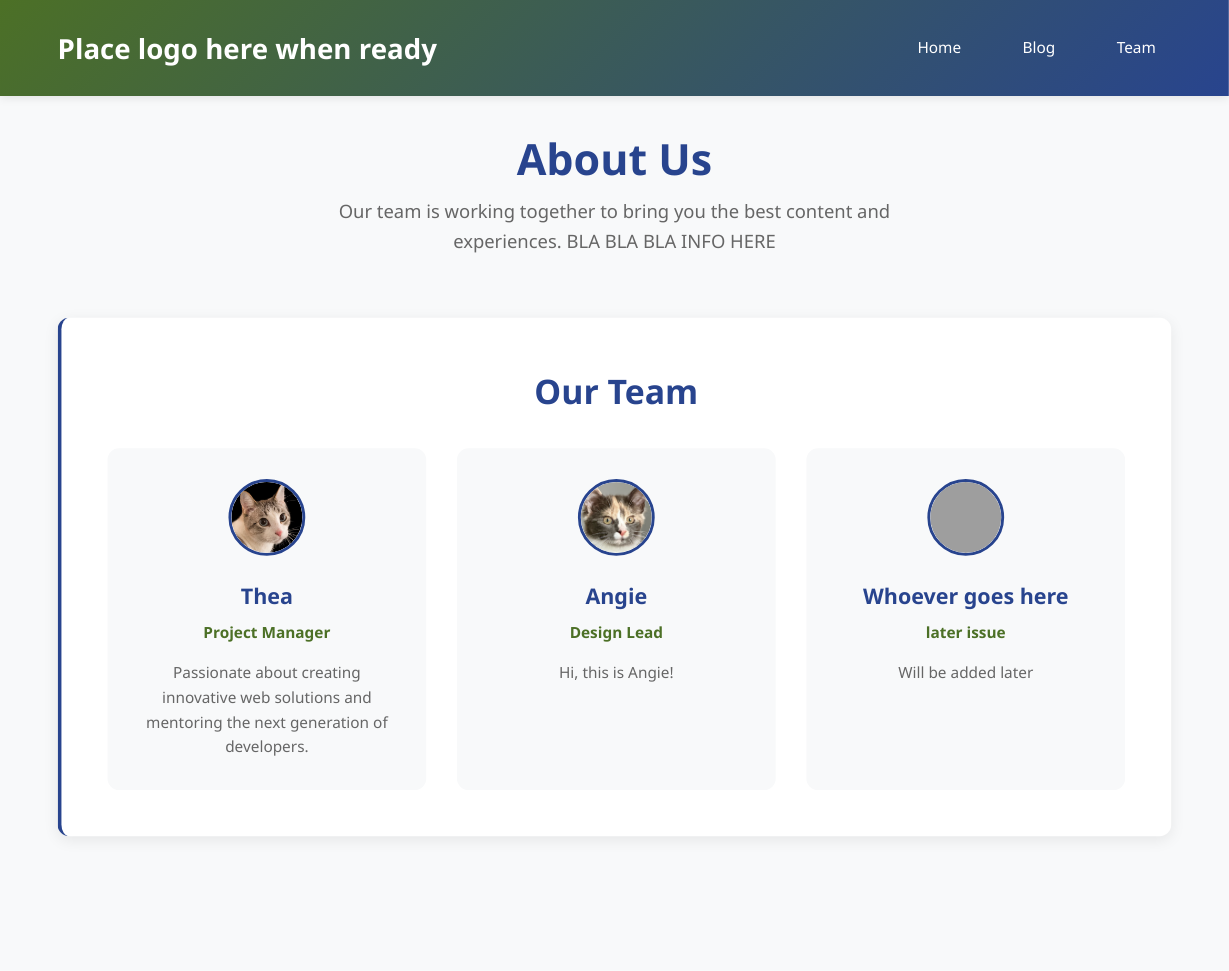
Repository: Bcit-sandy/TandemBlog
Page: /about
The author's editor kept a copy of each file at every save. The page is drawn from the files as they stood at one save, then again after the next save.
The browser window is 1280 px wide. The pictures show the whole page, at 96% of full size.
Pictures or frames that could not be fetched are drawn as grey boxes. The project was rebuilt for these pictures with package versions that can differ from the ones it lists, and the page was loaded fresh each time. Also part of the build but not shown: vite.config.js, src/pages/Home.css, src/pages/Blog.css, src/pages/Blog.jsx, src/pages/Home.jsx, src/pages/BlogPost.css, src/pages/BlogPost.jsx.

Above is the page before, as saved 2025-10-13 17:09:08.

### src/index.css
:root {
  /* Typography & base */
  font-family: system-ui, Avenir, Helvetica, Arial, sans-serif;
  line-height: 1.5;
  font-weight: 400;
  color-scheme: light dark;
  color: rgba(255, 255, 255, 0.87);
  background-color: #242424;
  font-synthesis: none;
  text-rendering: optimizeLegibility;
  -webkit-font-smoothing: antialiased;
  -moz-osx-font-smoothing: grayscale;

  /* Color variables */
  --white: #ffffff;
  --black: #000000;

  --light-gray: #f5f7fb;
  --text-gray: #6b7280;
  --dark-gray: #2c3e50;
  --gray-500: #7f8c8d;
  --gray-200: #ecf0f1;
  --border-light: #f0f0f0;

  --blue-primary: #3b82f6;
  --blue-secondary: #60a5fa;

  --green-primary: #10b981;
  --green-secondary: #34d399;

  --indigo: #667eea;
  --purple: #764ba2;

  --link: #646cff;
  --link-hover: #535bf2;
  --link-hover-light: #747bff;

  --button-bg-dark: #1a1a1a;
}

a {
  font-weight: 500;
  color: var(--link);
  text-decoration: inherit;
}
a:hover {
  color: var(--link-hover);
}

html, body {
  margin: 0;
  padding: 0;
  min-width: 320px;
  font-family: system-ui, Avenir, Helvetica, Arial, sans-serif;
  background-color: var(--light-gray);
  overflow-x: hidden;
}

h1 {
  font-size: 3.2em;
  line-height: 1.1;
}

button {
  border-radius: 8px;
  border: 1px solid transparent;
  padding: 0.6em 1.2em;
  font-size: 1em;
  font-weight: 500;
  font-family: inherit;
  background-color: var(--button-bg-dark);
  cursor: pointer;
  transition: border-color 0.25s;
}
button:hover {
  border-color: var(--link);
}
button:focus,
button:focus-visible {
  outline: 4px auto -webkit-focus-ring-color;
}

@media (prefers-color-scheme: light) {
  :root {
    color: #213547;
    background-color: var(--white);
  }
  a:hover {
    color: var(--link-hover-light);
  }
  button {
    background-color: #f9f9f9;
  }
}

### src/App.jsx
import { BrowserRouter as Router, Routes, Route } from 'react-router-dom';
import Navbar from './components/Navbar';
import Home from './pages/Home';
import Blog from './pages/Blog';
import BlogPost from './pages/BlogPost';
import About from './pages/About';
import './App.css';

function App() {
  return (
    <Router>
      <div className="App">
        <Navbar />
        <main>
          <Routes>
            <Route path="/" element={<Home />} />
            <Route path="/blog" element={<Blog />} />
            <Route path="/blog/:id" element={<BlogPost />} />
            <Route path="/about" element={<About />} />
          </Routes>
        </main>
      </div>
    </Router>
  );
}

export default App;

### src/components/Navbar.jsx
import { Link } from 'react-router-dom';
import './Navbar.css';

const Navbar = () => {
  return (
    <nav className="navbar">

      <div className="nav-container">
        <Link to="/" className="nav-logo">
          Place logo here when ready
          {/*remeber to put the logo in the public folder, import it, and use <img src={logo} alt="logo" /> */}
        </Link>

        <ul className="nav-menu">
          <li className="nav-item">
            <Link to="/" className="nav-link">
              Home
            </Link>
          </li>

          <li className="nav-item">
            <Link to="/blog" className="nav-link">
              Blog
            </Link>
          </li>

          <li className="nav-item">
            <Link to="/about" className="nav-link">
              Team
            </Link>
          </li>

        </ul>
      </div>
    </nav>
  );
};

export default Navbar;

### src/pages/About.jsx
import { useState, useEffect } from 'react';
import './About.css';
import teamData from '../data/team.json';

const About = () => {
  const [team, setTeam] = useState([]);

  useEffect(() => {
    setTeam(teamData);
  }, []);

  return (
    <div className="about">
      <div className="about-container">
        <header className="about-header">
          <h1>About Us</h1>
          <p>Our team is working together to bring you the best content and experiences. BLA BLA BLA INFO HERE</p>
        </header>

        <section className="about-content">


          <div className="team">
            <h2>Our Team</h2>
            <div className="team-grid">
              {team.map(member => (
                <div key={member.id} className="team-member">
                  <div className="member-avatar">
                    <img src={`/Team/${member.avatar}`} alt={member.name} />
                  </div>
                  <h3>{member.name}</h3>
                  <p className="role">{member.role}</p>
                  <p>{member.bio}</p>
                </div>
              ))}
            </div>
          </div>

        </section>
      </div>
    </div>
  );
};

export default About;

### src/App.css
/* Color Variables */
:root {
  --green-primary: #4C7026;
  --green-secondary: #B6CF7B;
  --blue-primary: #28448E;
  --blue-secondary: #73A4CD;
  --white: #ffffff;
  --light-gray: #f8f9fa;
  --dark-gray: #333333;
  --text-gray: #666666;
}

/* Global Styles */
* {
  margin: 0;
  padding: 0;
  box-sizing: border-box;
}

body {
  font-family: 'Segoe UI', Tahoma, Geneva, Verdana, sans-serif;
  line-height: 1.6;
  color: #333;
  background-color: #f8f9fa;
}

.App {
  min-height: 100vh;
  display: flex;
  flex-direction: column;
  width: 100%;
}

main {
  flex: 1;
  width: 100%;
  display: flex;
  flex-direction: column;
}

/* Utility Classes */
.container {
  max-width: 1200px;
  margin: 0 auto;
  padding: 0 20px;
}

.btn {
  display: inline-block;
  padding: 12px 24px;
  border: none;
  border-radius: 6px;
  text-decoration: none;
  font-weight: 600;
  cursor: pointer;
  transition: all 0.3s ease;
}

.btn-primary {
  background-color: var(--green-primary);
  color: var(--white);
}

.btn-primary:hover {
  background-color: var(--green-secondary);
  transform: translateY(-2px);
}

.btn-secondary {
  background-color: var(--blue-primary);
  color: var(--white);
}

.btn-secondary:hover {
  background-color: var(--blue-secondary);
  transform: translateY(-2px);
}

/* Responsive Design */
@media (max-width: 768px) {
  main {
    padding-top: 70px;
  }

  .container {
    padding: 0 15px;
  }
}

### src/components/Navbar.css
.navbar {
  position: fixed;
  top: 0;
  left: 0;
  right: 0;
  background: linear-gradient(135deg, var(--green-primary), var(--blue-primary));
  box-shadow: 0 2px 10px rgba(0, 0, 0, 0.1);
  z-index: 1000;
  height: 100px;
}

.nav-container {
  max-width: 1200px;
  margin: 0 auto;
  padding: 0 20px;
  display: flex;
  justify-content: space-between;
  align-items: center;
  height: 100%;
}

.nav-logo {
  font-size: 1.8rem;
  font-weight: bold;
  color: var(--white);
  text-decoration: none;
  transition: color 0.3s ease;
}

.nav-logo:hover {
  color: var(--green-secondary);
}

.nav-menu {
  display: flex;
  list-style: none;
  gap: 2rem;
  margin: 0;
  padding: 0;
}

.nav-item {
  position: relative;
}

.nav-link {
  color: var(--white);
  text-decoration: none;
  font-weight: 500;
  padding: 8px 16px;
  border-radius: 6px;
  transition: all 0.3s ease;
  position: relative;
}

.nav-link:hover {
  background-color: rgba(255, 255, 255, 0.1);
  color: var(--green-secondary);
}

.nav-link::after {
  content: '';
  position: absolute;
  bottom: -5px;
  left: 50%;
  width: 0;
  height: 2px;
  background-color: var(--green-secondary);
  transition: all 0.3s ease;
  transform: translateX(-50%);
}

.nav-link:hover::after {
  width: 80%;
}

/* Mobile Navigation */
@media (max-width: 768px) {
  .nav-container {
    padding: 0 15px;
  }

  .nav-logo {
    font-size: 1.5rem;
  }

  .nav-menu {
    gap: 1rem;
  }

  .nav-link {
    padding: 6px 12px;
    font-size: 0.9rem;
  }
}

@media (max-width: 480px) {
  .nav-menu {
    gap: 0.5rem;
  }

  .nav-link {
    padding: 4px 8px;
    font-size: 0.8rem;
  }
}

### src/pages/About.css
.about {
  width: 100%;
  background-color: var(--light-gray);
  padding: 40px 0;
  min-height: 80vh;
}

.about-container {
  max-width: 1200px;
  width: 100%;
  margin: 100px auto;
  padding: 0 20px;
}

.about-header {
  text-align: center;
  margin-bottom: 4rem;
}

.about-header h1 {
  font-size: 2.8rem;
  color: var(--blue-primary);
  margin-bottom: 1rem;
  font-weight: 700;
}

.about-header p {
  font-size: 1.2rem;
  color: var(--text-gray);
  max-width: 600px;
  margin: 0 auto;
}

.about-content {
  display: grid;
  gap: 4rem;
}


.team {
  background: var(--white);
  padding: 3rem;
  border-radius: 12px;
  box-shadow: 0 4px 15px rgba(0, 0, 0, 0.08);
  border-left: 4px solid var(--blue-primary);
}

.team h2 {
  color: var(--blue-primary);
  font-size: 2.2rem;
  margin-bottom: 2rem;
  font-weight: 600;
  text-align: center;
}

.team-grid {
  display: grid;
  grid-template-columns: repeat(auto-fit, minmax(300px, 1fr));
  gap: 2rem;
}

.team-member {
  text-align: center;
  padding: 2rem;
  background: var(--light-gray);
  border-radius: 12px;
  transition: all 0.3s ease;
}

.member-avatar {
  width: 80px;
  height: 80px;
  border-radius: 50%;
  display: flex;
  align-items: center;
  justify-content: center;
  margin: 0 auto 1.5rem;
  overflow: hidden;
  border: 3px solid var(--blue-primary);
}

.member-avatar img {
  width: 100%;
  height: 100%;
  object-fit: cover;
  border-radius: 50%;
}

.team-member h3 {
  color: var(--blue-primary);
  font-size: 1.4rem;
  margin-bottom: 0.5rem;
  font-weight: 600;
}

.role {
  color: var(--green-primary);
  font-weight: 600;
  margin-bottom: 1rem;
  font-size: 1rem;
}

.team-member p:last-child {
  color: var(--text-gray);
  line-height: 1.6;
}


/* Responsive Design */
@media (max-width: 768px) {
  .about-header h1 {
    font-size: 2.2rem;
  }

  .about-header p {
    font-size: 1rem;
  }

  .team {
    padding: 2rem;
  }

 .team h2 {
    font-size: 1.8rem;
  }

  .team-grid {
    grid-template-columns: 1fr;
  }


  .team-member {
    padding: 1.5rem;
  }
}

@media (max-width: 480px) {
  .about {
    padding: 20px 0;
    min-height: 70vh;
  }

  .about-container {
    padding: 0 15px;
  }

  .about-header h1 {
    font-size: 1.8rem;
  }

  .team {
      padding: 1.5rem;
    }

  .team h2 {
      font-size: 1.5rem;
    }

  .team-member {
    padding: 1rem;
  }

  .member-avatar {
    width: 60px;
    height: 60px;
  }
}

### src/data/team.json
[
  {
    "id": 1,
    "name": "Thea",
    "role": "Project Manager",
    "bio": "Passionate about creating innovative web solutions and mentoring the next generation of developers.",
    "avatar": "Thea.png"
  },
  {
    "id": 2,
    "name": "Angie",
    "role": "Design Lead",
    "bio": "Hi, this is Angie!",
    "avatar": "Angie.png"
  },
  {
    "id": 3,
    "name": "Whoever goes here",
    "role": "later issue",
    "bio": "Will be added later",
    "avatar": "placeholder.png"
  }
]

Loaded but not shown: index.html (common file); src/main.jsx (common file)

After the next save:
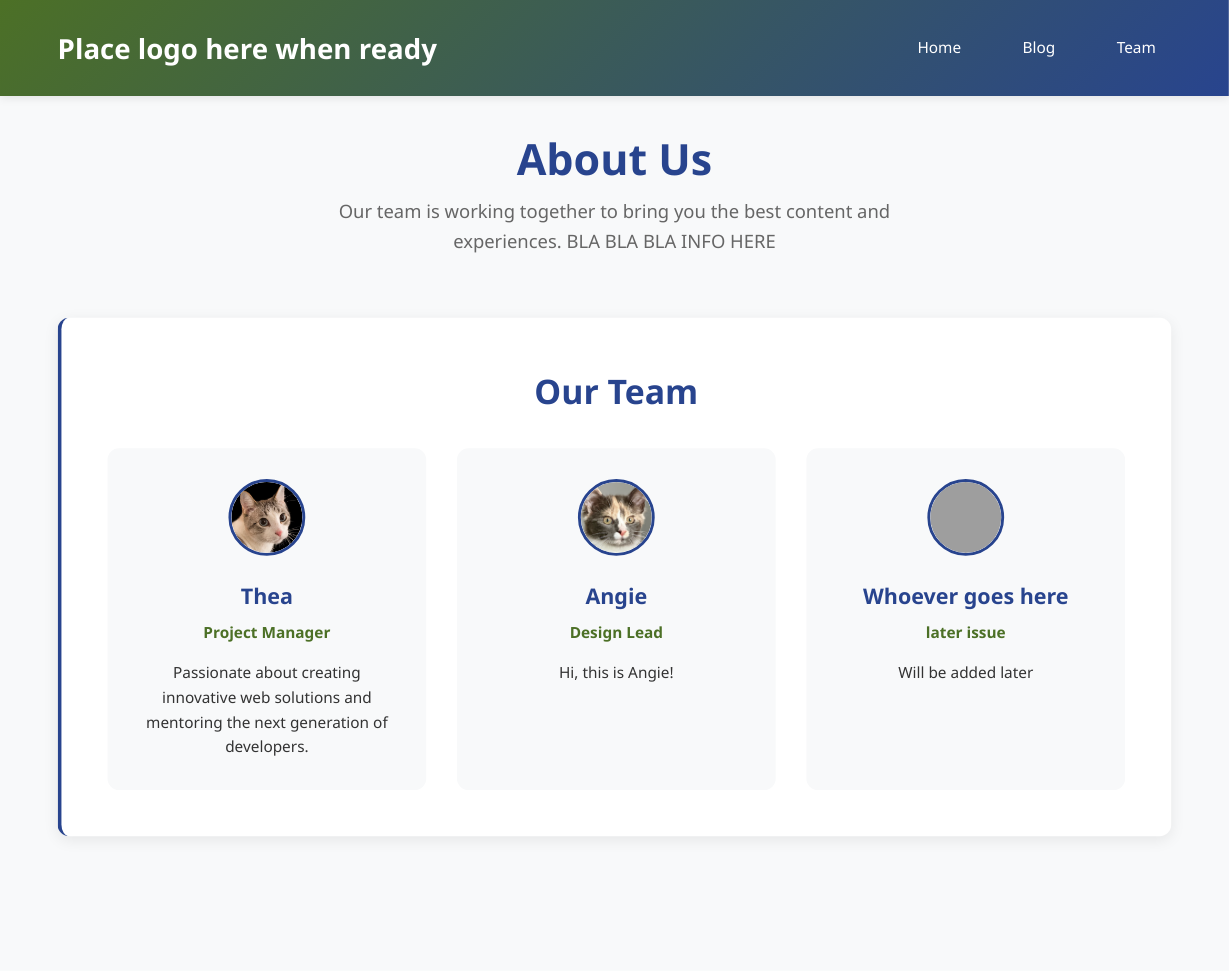
Saved 3 min 27 s later.
--- a/src/pages/About.jsx
+++ b/src/pages/About.jsx
@@ -31,6 +31,7 @@ const About = () => {
                   <h3>{member.name}</h3>
                   <p className="role">{member.role}</p>
                   <p>{member.bio}</p>
+                  <p>{member.linkedin}</p>
                 </div>
               ))}
             </div>
